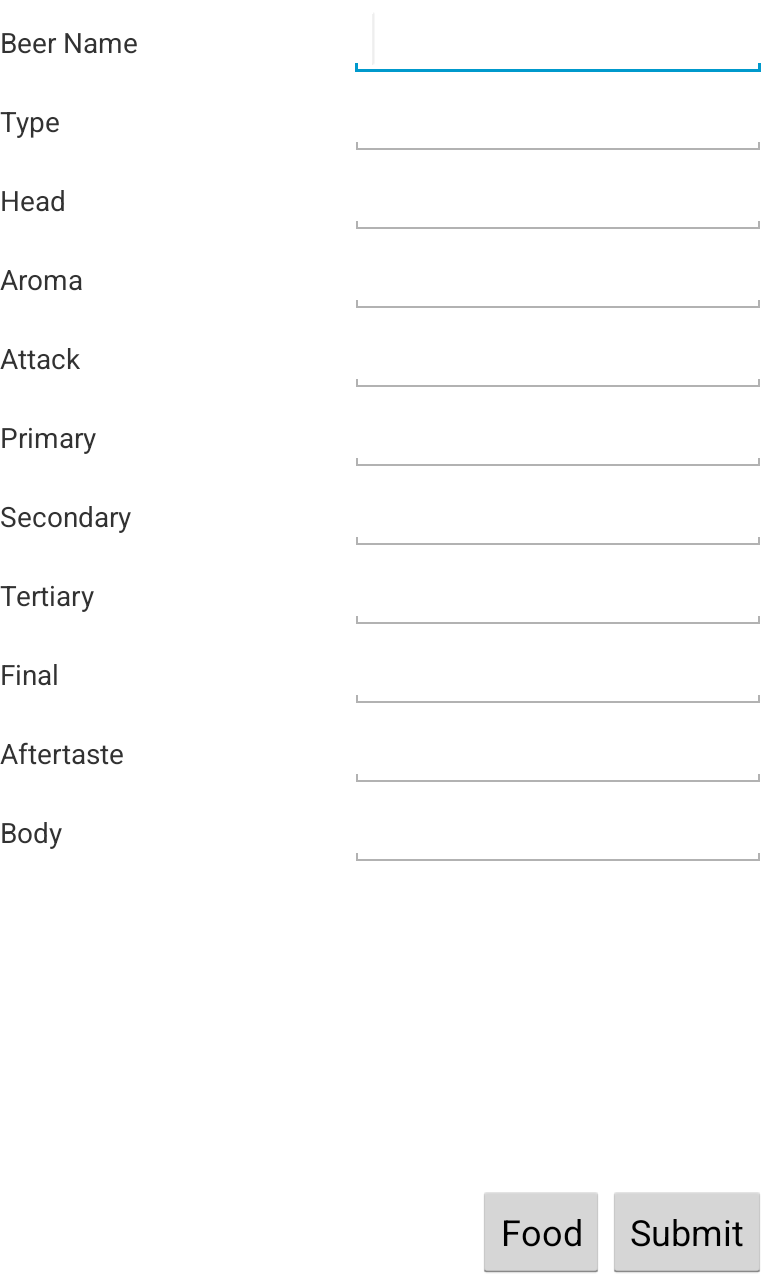
Repository: majorflight02/pairme
Layout: workspace/pairme/res/layout/fragment_beer_entry.xml
These files come from the project's save history. The layout is drawn as it stood at one moment and after the next save; the edit follows.
It is drawn on a 768 x 1280 px phone screen (xhdpi) without system bars, with theme AppTheme; the app's code is not run.

Above is the layout before, as saved 2013-08-25 19:02:34.

After the next save:
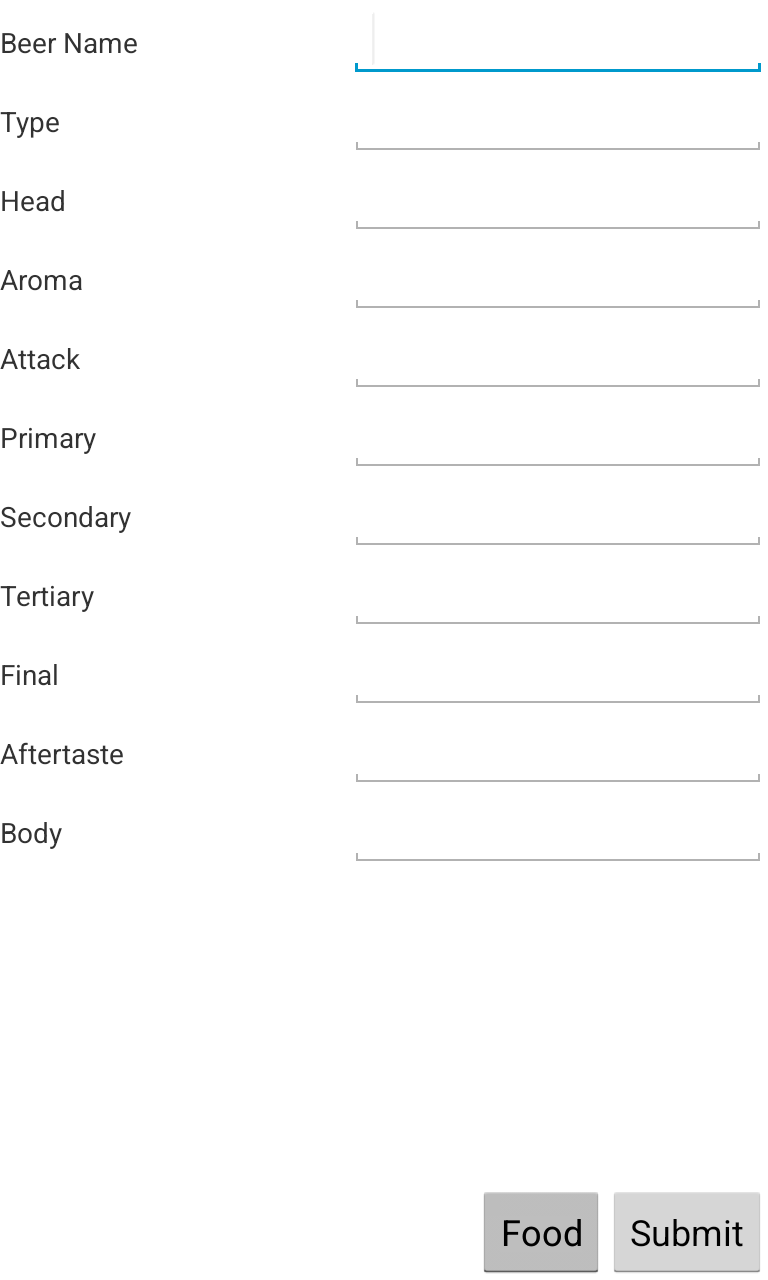
Saved 14 s later.
--- a/workspace/pairme/res/layout/fragment_beer_entry.xml
+++ b/workspace/pairme/res/layout/fragment_beer_entry.xml
@@ -12,6 +12,14 @@
         android:text="Food" />
 
     <Button
+        android:id="@+id/fragment_beer_entry_food_btn"
+        android:layout_width="wrap_content"
+        android:layout_height="wrap_content"
+        android:layout_alignBaseline="@+id/fragment_beer_entry_submit_btn"
+        android:layout_toLeftOf="@+id/fragment_beer_entry_submit_btn"
+        android:text="Food" />
+
+    <Button
         android:id="@+id/fragment_beer_entry_submit_btn"
         android:layout_width="wrap_content"
         android:layout_height="wrap_content"
